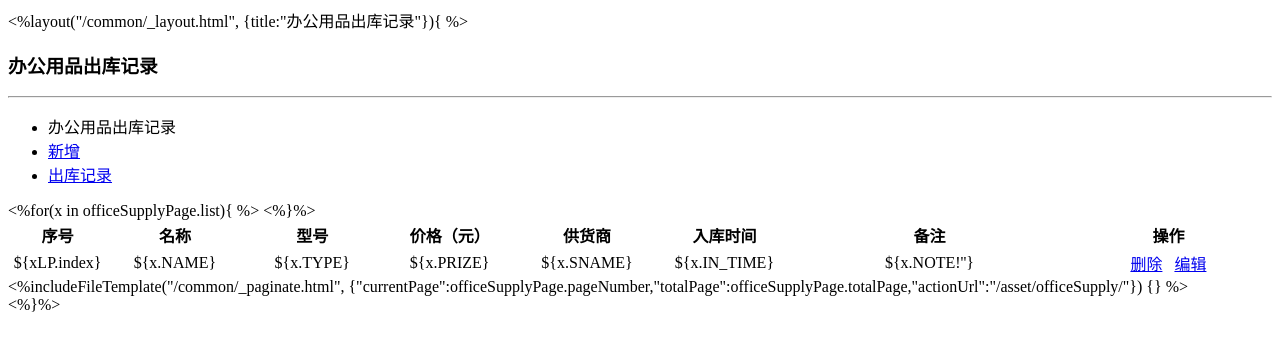
Repository: GaoChengliang/summerTask
Page: Campus_gcl/WebRoot/asset_management/office_supply/out_record.html
An editor plug-in stored every save of this project. The page is shown before and after the next save, followed by the edit.
The browser window is 1280 px wide. The pictures show the whole page.

Above is the page before, as saved 2015-07-28 06:26:28.

### Campus_gcl/WebRoot/asset_management/office_supply/out_record.html
<%layout("/common/_layout.html", {title:"办公用品出库记录"}){ %>
<div>

	<div class="masthead">
			<h3 class="muted">办公用品出库记录</h3>
	</div>
	<hr/>
    <ul class="breadcrumb">
        <li class="active">办公用品出库记录<span class="divier"></span></li>
        <li><a href="/asset/officeSupply/add">新增</a></li>
        <li class="pull-right"><a href="/asset/officeSupply/outRecord">出库记录</a></li>
    </ul>
    <!--<a type="button" class="btn btn-primary" href="/blog/add">鍒涘缓Blog</a>-->
    <div>
        <table class="table table-hover">
            <thead>
            <tr>
                <th hidden="true"></th>
                <th style="text-align:center; width:5%">序号</th>
                <th style="text-align:center; width:10%">名称</th>
                <th style="text-align:center; width:10%">型号</th>
                <th style="text-align:center; width:10%">价格（元）</th>
                <th style="text-align:center; width:10%">供货商</th>
                <th style="text-align:center; width:10%">入库时间</th>
                <th style="text-align:center; width:20%">备注</th>
                <th style="text-align:center; width:15%">操作</th>
            </tr>
            </thead>
			<tbody>
           <%for(x in officeSupplyPage.list){ %>
                <tr>
                    <td style="text-align:center;" hidden="true">${x.ID}</td>
                    <td style="text-align:center;">${xLP.index}</td>
                    <td style="text-align:center;">${x.NAME}</td>
                    <td style="text-align:center;">${x.TYPE}</td>
                    <td style="text-align:center;">${x.PRIZE}</td>
                    <td style="text-align:center;">${x.SNAME}</td>
                    <td style="text-align:center;">${x.IN_TIME}</td>
                    <td style="text-align:center;">${x.NOTE!''}</td>
                    <td style="text-align:center;">
                        <a href="/asset/officeSupply/delete/${x.ID}">删除</a>
                        &nbsp;&nbsp;<a href="/asset/officeSupply/edit/${x.ID}">编辑</a>
                    </td>
                </tr>
            <%}%>
            </tbody>
        </table>
       	<%includeFileTemplate("/common/_paginate.html",
		{"currentPage":officeSupplyPage.pageNumber,"totalPage":officeSupplyPage.totalPage,"actionUrl":"/asset/officeSupply/"}) {}
	    %>
    </div>
</div>
<%}%>

After the next save:
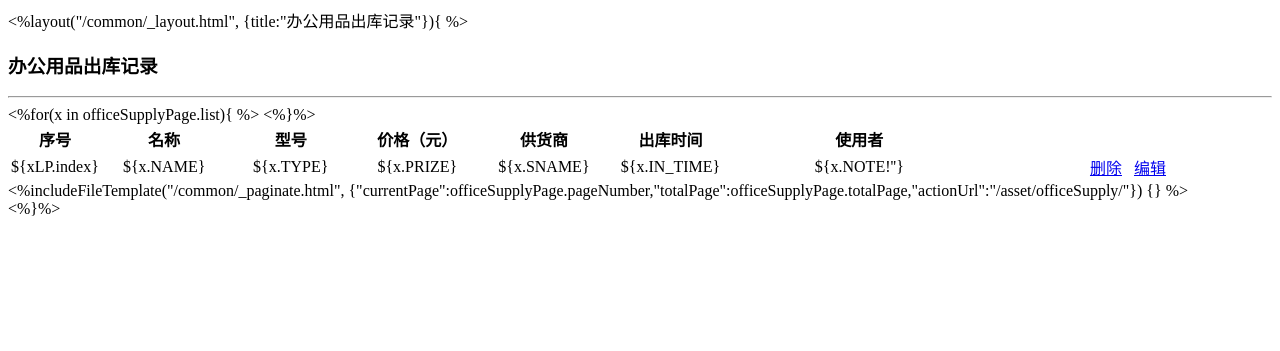
Saved 58 s later.
--- a/Campus_gcl/WebRoot/asset_management/office_supply/out_record.html
+++ b/Campus_gcl/WebRoot/asset_management/office_supply/out_record.html
@@ -5,12 +5,6 @@
 			<h3 class="muted">办公用品出库记录</h3>
 	</div>
 	<hr/>
-    <ul class="breadcrumb">
-        <li class="active">办公用品出库记录<span class="divier"></span></li>
-        <li><a href="/asset/officeSupply/add">新增</a></li>
-        <li class="pull-right"><a href="/asset/officeSupply/outRecord">出库记录</a></li>
-    </ul>
-    <!--<a type="button" class="btn btn-primary" href="/blog/add">鍒涘缓Blog</a>-->
     <div>
         <table class="table table-hover">
             <thead>
@@ -21,9 +15,8 @@
                 <th style="text-align:center; width:10%">型号</th>
                 <th style="text-align:center; width:10%">价格（元）</th>
                 <th style="text-align:center; width:10%">供货商</th>
-                <th style="text-align:center; width:10%">入库时间</th>
-                <th style="text-align:center; width:20%">备注</th>
-                <th style="text-align:center; width:15%">操作</th>
+                <th style="text-align:center; width:10%">出库时间</th>
+                <th style="text-align:center; width:20%">使用者</th>
             </tr>
             </thead>
 			<tbody>
